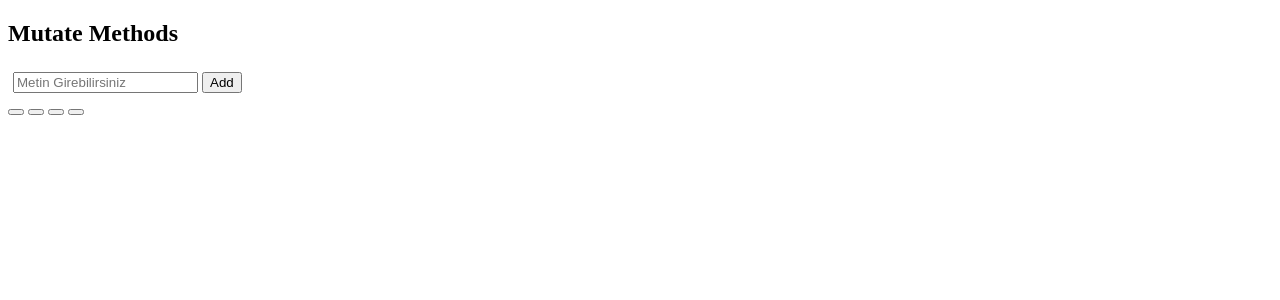
Repository: GorkemTurhan89/jsTutorial
Page: day13/51-b-practice.html
These files come from the project's save history. The page is drawn as it stood at one moment and after a run of saves; the edit follows.
The browser window is 1280 px wide. The pictures show the whole page.

Above is the page before, as saved 2024-06-20 22:25:30.

### day13/51-b-practice.html
<!DOCTYPE html>
<html lang="en">
<head>
    <meta charset="UTF-8">
    <meta name="viewport" content="width=device-width, initial-scale=1.0">
    <title>Mutate Practice Array</title>
    <style>
        .searchAndClick{
            padding: 5px;
            text-align: left;
        }
    </style>
</head>
<body>
    <h2>Mutate Methods</h2>

    <div class="searchAndClick">
        <input type="text" class="searchBox" id="searchBx" placeholder="Metin Girebilirsiniz">
        <button class="addBtn" id="addBtn">Add</button>
    </div>

    <div class="fonsiyonlar">
        <button id="Sort"></button>
        <button id="Reverse"></button>
        <button id="RemoveLast"></button>
        <button id="RemoveFirst"></button>

    </div>

</body>
</html>

After the next 4 saves:
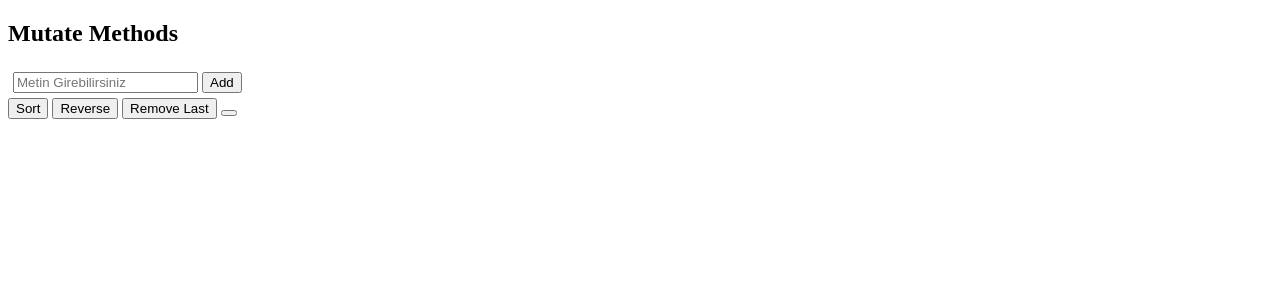
The 4 saves are shown as one change because they came seconds apart.
The last was saved 13 s later.
--- a/day13/51-b-practice.html
+++ b/day13/51-b-practice.html
@@ -20,9 +20,9 @@
     </div>
 
     <div class="fonsiyonlar">
-        <button id="Sort"></button>
-        <button id="Reverse"></button>
-        <button id="RemoveLast"></button>
+        <button id="Sort">Sort</button>
+        <button id="Reverse">Reverse</button>
+        <button id="RemoveLast">Remove Last</button>
         <button id="RemoveFirst"></button>
 
     </div>
